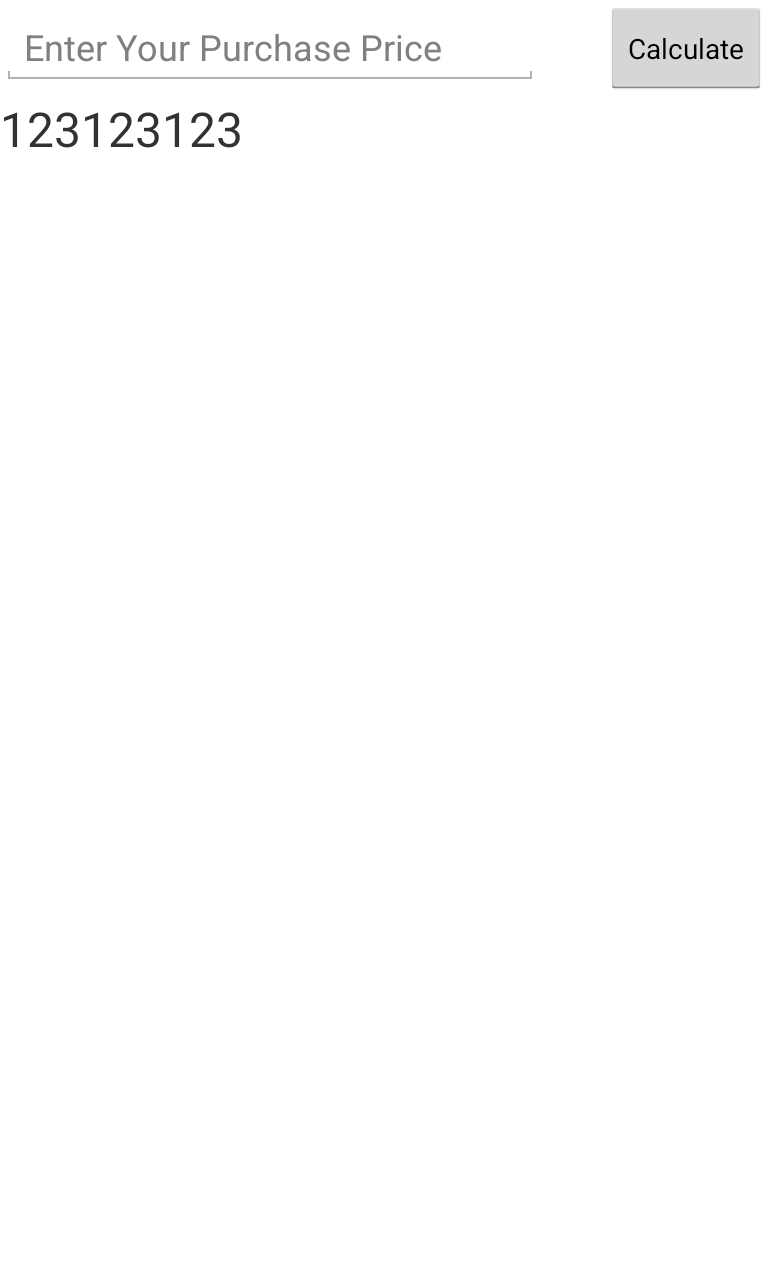
Repository: missxlian/angelHackSac
Layout: workspace/NoteHack/res/layout/fragment_section_intrate.xml
These files come from the project's save history. The layout is drawn as it stood at one moment and after the next save; the edit follows.
It is drawn on a 768 x 1280 px phone screen (xhdpi) without system bars, with theme android:Theme.Holo.Light.DarkActionBar; the app's code is not run.

Above is the layout before, as saved 2013-12-01 19:57:12.

### workspace/NoteHack/res/layout/fragment_section_intrate.xml
<?xml version="1.0" encoding="utf-8"?>
<GridLayout xmlns:android="http://schemas.android.com/apk/res/android"
    android:id="@+id/GridLayout1"
    android:layout_width="match_parent"
    android:layout_height="match_parent"
    android:columnCount="8"
    android:orientation="horizontal" >

    <Space
        android:layout_column="7"
        android:layout_gravity="fill_vertical"
        android:layout_row="4" />

    <EditText
        android:id="@+id/purPrice"
        android:layout_width="270dp"
        android:layout_height="wrap_content"
        android:layout_column="0"
        android:layout_gravity="left|center_vertical"
        android:layout_row="1"
        android:ems="10"
        android:hint="Enter Your Purchase Price"
        android:inputType="numberDecimal" />

    <TextView
        android:id="@+id/textView1"
        android:layout_width="match_parent"
        android:layout_height="match_parent"
        android:textSize="24sp"
        android:layout_column="0"
        android:layout_gravity="center"
        android:layout_row="2"
        android:text="123123123" />

    <Button
        android:id="@+id/interestRate"
        style="?android:attr/buttonStyleSmall"
        android:layout_width="wrap_content"
        android:layout_column="0"
        android:layout_gravity="right|top"
        android:layout_row="1"
        android:text="Calculate" />

</GridLayout>

After the next save:
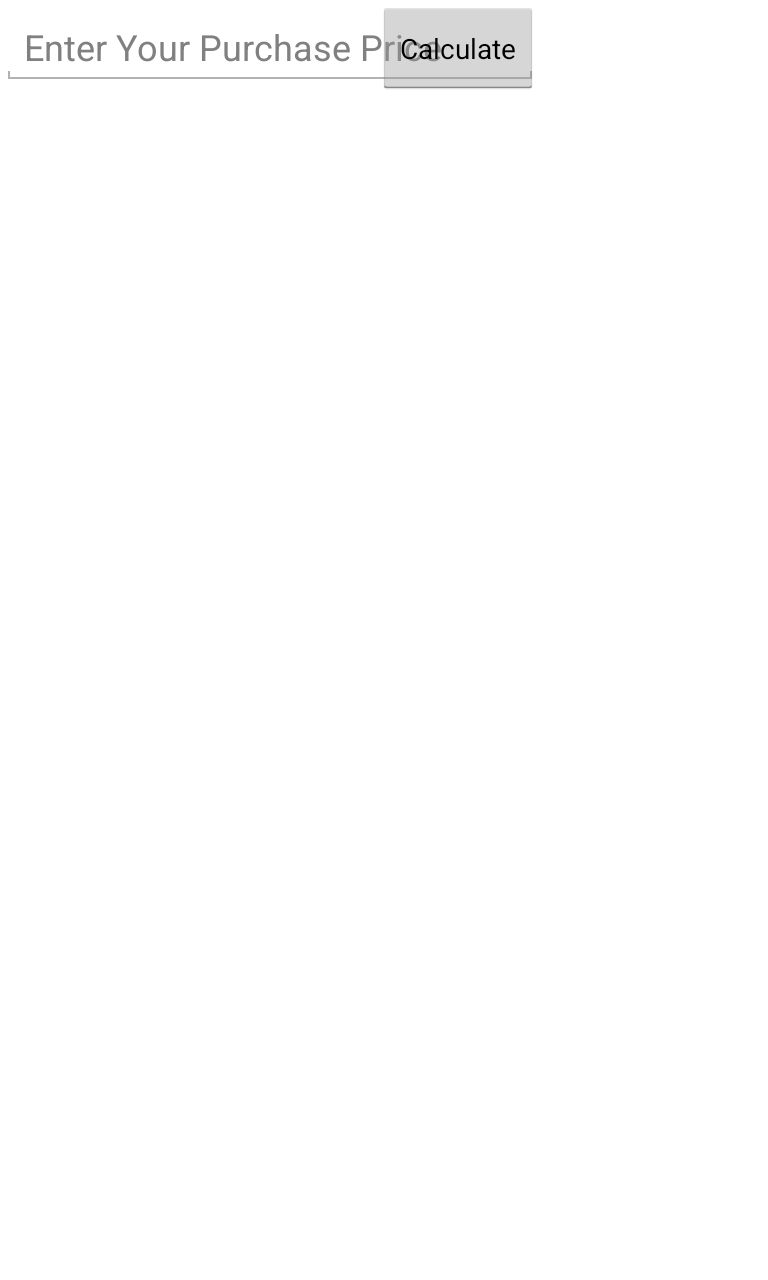
Saved 2 min 3 s later.
--- a/workspace/NoteHack/res/layout/fragment_section_intrate.xml
+++ b/workspace/NoteHack/res/layout/fragment_section_intrate.xml
@@ -3,11 +3,11 @@
     android:id="@+id/GridLayout1"
     android:layout_width="match_parent"
     android:layout_height="match_parent"
-    android:columnCount="8"
+    android:columnCount="10"
     android:orientation="horizontal" >
 
     <Space
-        android:layout_column="7"
+        android:layout_column="9"
         android:layout_gravity="fill_vertical"
         android:layout_row="4" />
 
@@ -24,13 +24,12 @@
 
     <TextView
         android:id="@+id/textView1"
-        android:layout_width="match_parent"
-        android:layout_height="match_parent"
-        android:textSize="24sp"
+        android:layout_width="wrap_content"
+        android:layout_height="wrap_content"
         android:layout_column="0"
         android:layout_gravity="center"
         android:layout_row="2"
-        android:text="123123123" />
+        android:text=" " />
 
     <Button
         android:id="@+id/interestRate"
